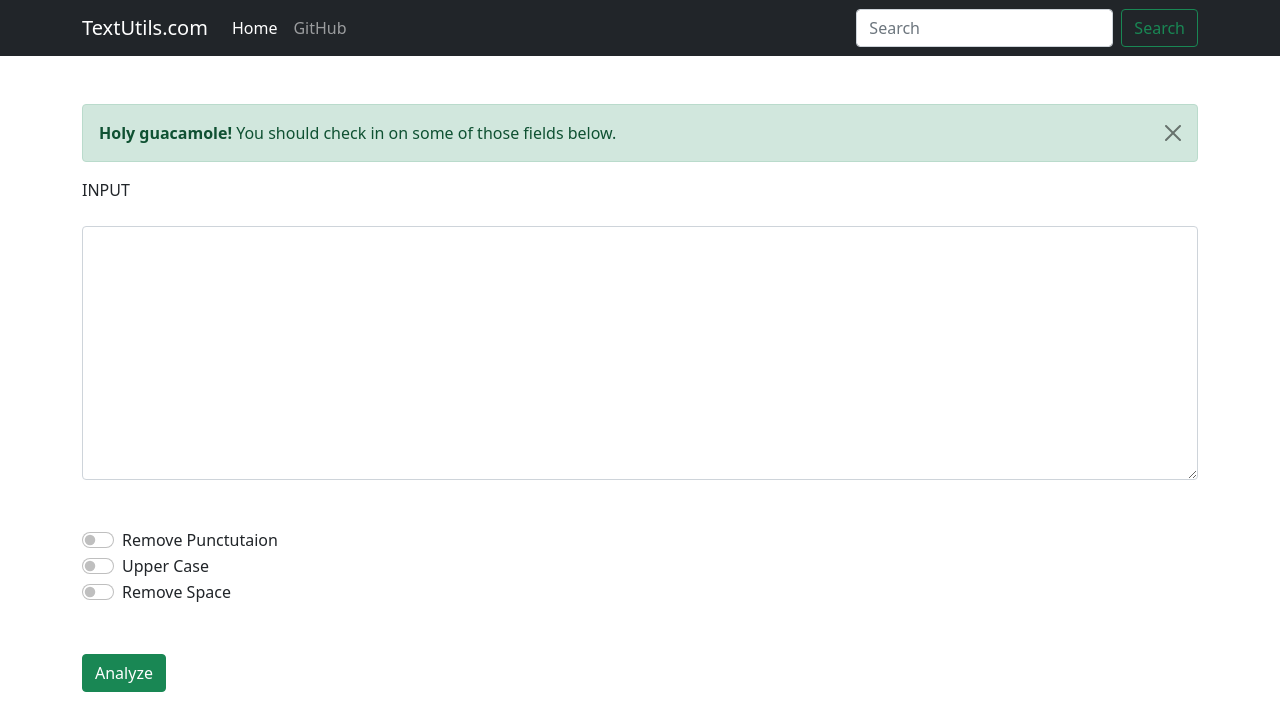
Repository: thenameisshreyank/Textutility
Page: http://localhost/
The author's editor kept a copy of each file at every save. The page is drawn from the files as they stood at one save, then again after the next save.
The browser window is 1280 px wide. The pictures show the whole page.
The page is served by the project's application, run on Django 4.2 (manage.py).

Above is the page before, as saved 2022-04-15 11:06:58.

After the next save:
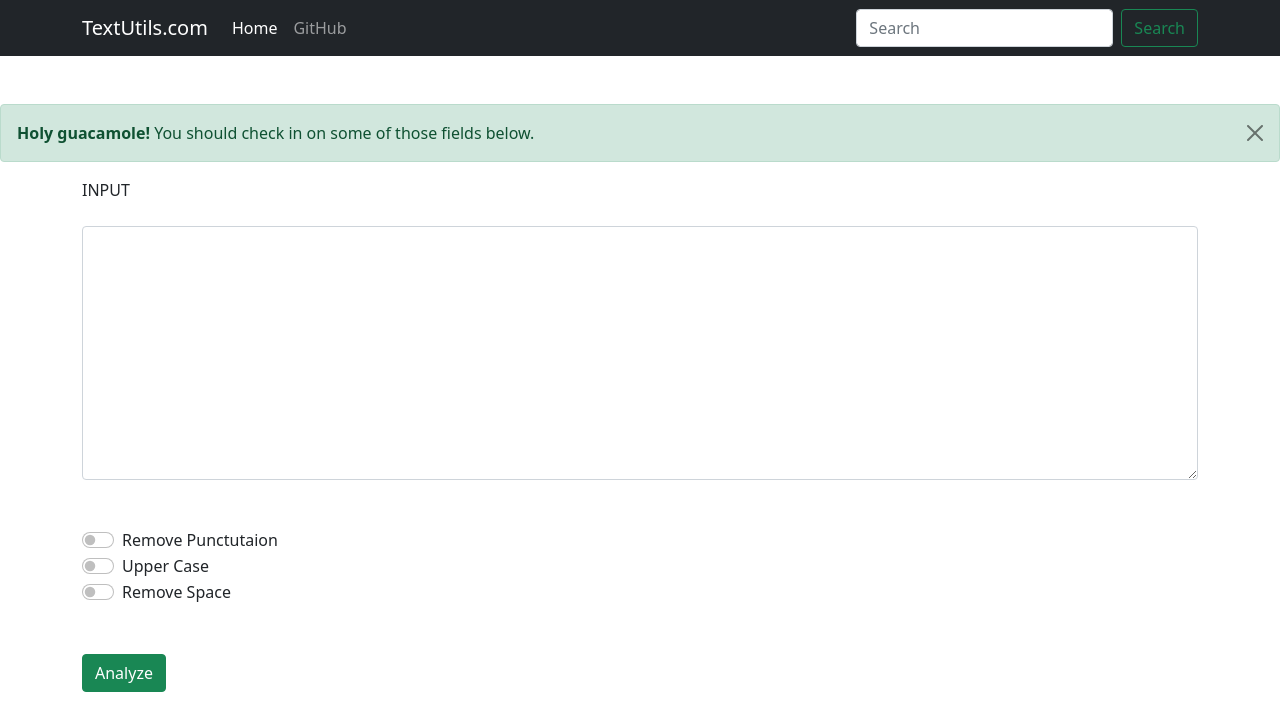
Saved 21 s later.
--- a/templates/index.html
+++ b/templates/index.html
@@ -36,11 +36,12 @@
         </div>
       </nav><br><br>
       <form action="analyze" method="get">
+        <div class="alert alert-success alert-dismissible fade show" role="alert">
+          <strong>Holy guacamole!</strong> You should check in on some of those fields below.
+          <button type="button" class="btn-close" data-bs-dismiss="alert" aria-label="Close"></button>
+        </div>
         <div class="container">
-          <div class="alert alert-success alert-dismissible fade show" role="alert">
-            <strong>Holy guacamole!</strong> You should check in on some of those fields below.
-            <button type="button" class="btn-close" data-bs-dismiss="alert" aria-label="Close"></button>
-          </div>
+
         <div class="form-group">
           <label for="exampleFormControlTextarea1">INPUT</label><br><br>
           <textarea class="form-control" id="textarea" name="text" rows="10"></textarea>
